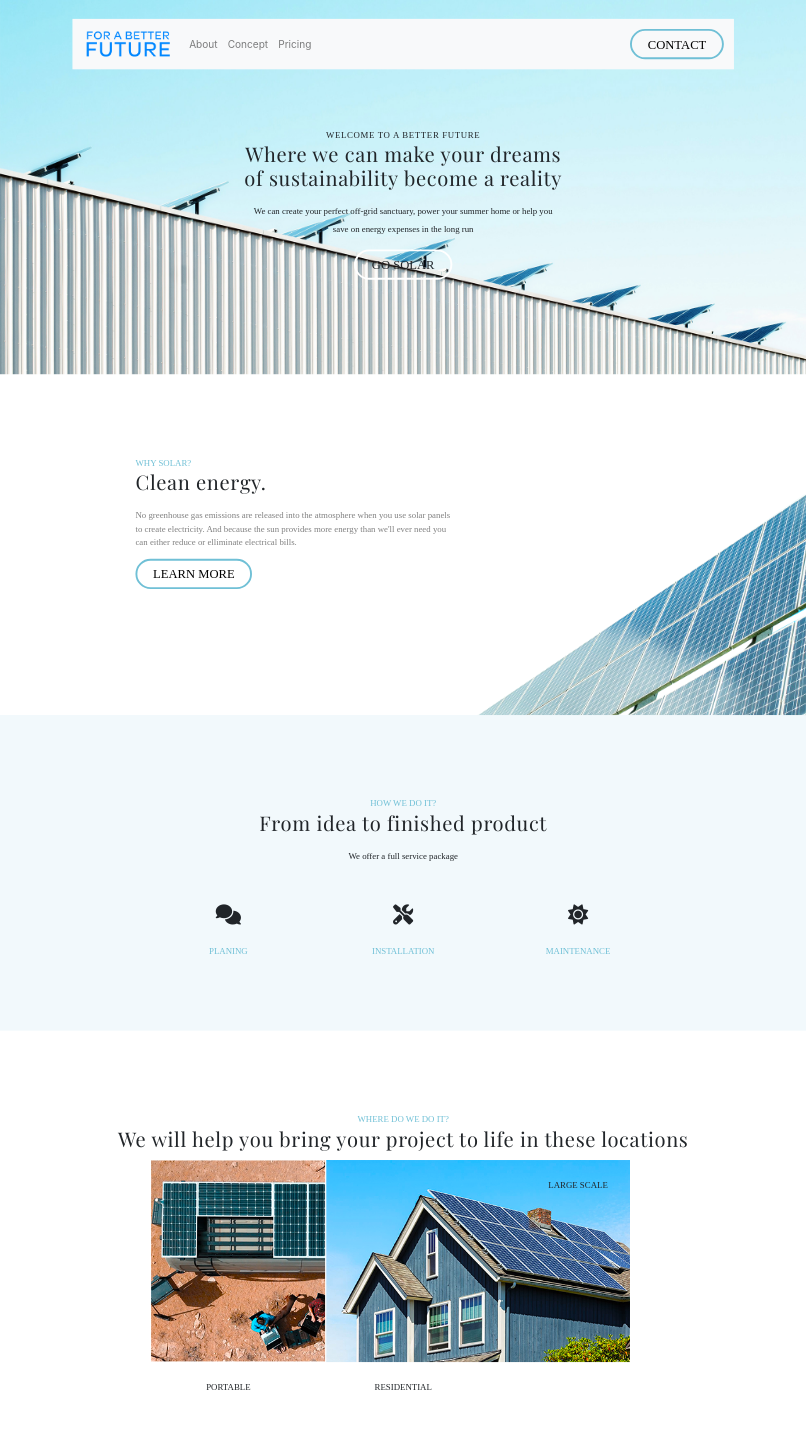
Repository: sabinemm/fabf
Page: index.html
The author's editor kept a record of every edit. The page is drawn from the files as they stood at one moment, then again after the next edit.
The browser window is 1280 px wide. The pictures show the whole page, at 63% of full size.
Backgrounds fixed to the window are drawn as part of the page. Some web fonts or font styles are not loaded; a fallback is used. Some web libraries are served in a nearby version.

Above is the page before.

### index.html
<!DOCTYPE html>
<html lang="en">

<head>
    <meta charset="UTF-8">
    <meta name="viewport" content="width=device-width, initial-scale=1.0">
    <meta http-equiv="X-UA-Compatible" content="ie=edge">
    <link rel="stylesheet" href="style.css" type="text/css" />
    <link rel="stylesheet" href="https://stackpath.bootstrapcdn.com/bootstrap/4.3.1/css/bootstrap.min.css" integrity="sha384-ggOyR0iXCbMQv3Xipma34MD+dH/1fQ784/j6cY/iJTQUOhcWr7x9JvoRxT2MZw1T" crossorigin="anonymous">
    <link rel="stylesheet" media="screen" href="https://fontlibrary.org/face/roundo" type="text/css" />
    <link rel="stylesheet" media="screen" href="https://fontlibrary.org/face/source-sans-pro" type="text/css" />
    <link href="https://fonts.googleapis.com/css?family=Playfair+Display&display=swap" rel="stylesheet">
    <script src="https://kit.fontawesome.com/7e530e9396.js"></script>
    <title>FOR A BETTER FUTURE</title>
</head>

<body>

    <!–-----– NAVBAR ------->

    <div class="container">
        <nav class="navbar navbar-fixed-top navbar-expand-lg navbar-light bg-light">
            <a class="navbar-brand" href="#">
          <img src="img/logo.svg" height="50px"alt="logo">
        </a>
            <button class="navbar-toggler" type="button" data-toggle="collapse" data-target="#navbarText" aria-controls="navbarText" aria-expanded="false" aria-label="Toggle navigation">
    <span class="navbar-toggler-icon"></span>
  </button>
            <div class="collapse navbar-collapse justify-content-center" id="navbarText">
                <ul class="navbar-nav mr-auto">
                    <li class="nav-item">
                        <a class="nav-link" href="#">About</a>
                    </li>
                    <li class="nav-item">
                        <a class="nav-link" href="#">Concept</a>
                    </li>
                    <li class="nav-item">
                        <a class="nav-link" href="#">Pricing</a>
                    </li>
                </ul>
                <span class="navbar-text">
          <button type="button" class="btn btn-blue-border">CONTACT</button>
    </span>
            </div>
        </nav>
    </div>

    <!–-----– FIRST SECTION ------->

    <section id="parallax">
        <div class="container">
            <div class="ltitle text-center">
                <p class="uppercase stitle">WELCOME TO A BETTER FUTURE</p>
                <h2> Where we can make your dreams <br> of sustainability become a reality </h2>
                <p class="tparagraph"> We can create your perfect off-grid sanctuary, power your summer home or help you <br> save on energy expenses in the long run</p>
                <button type="button" class="btn  btn-transp-white-border">GO SOLAR</button>
            </div>
        </div>
    </section>

    <!–-----– SECOND SECTION ------->

    <section id="clean">
        <div class="container container-fluid section-2">
            <div class="row">
                <div class="col col-md-6">
                    <p class="uppercase stitle stitle-blue">WHY SOLAR?</p>
                    <h2 class="ltitle ltitle2"> Clean energy.</h2>
                    <p class="tparagraph tparagraph2"> No greenhouse gas emissions are released into the atmosphere when you use solar panels to create electricity. And because the sun provides more energy than we'll ever need you can either reduce or elliminate electrical bills. </p>
                    <button type="button" class="btn btn-blue-border">LEARN MORE</button>

                </div>
            </div>

            <div class="container">
                <div class="col col-md-6 offset-md-6">
                    <img src="img/sidepanel.png" class="sidepanel"></img>
                </div>
            </div>
        </div>

    </section>

    <!–-----– THIRD SECTION ------->

    <section id="idea">
        <div class="idea-title text-center">
            <p class="uppercase stitle stitle-blue">HOW WE DO IT?</p>
            <h2 class="ltitle ltitle2"> From idea to finished product</h2>
            <p class="tparagraph">We offer a full service package</p>

        </div>
        <div class="container container-fluid ">
            <div class="row m-auto text-center justify-content-center">
                <div class=" col-sm-3 col-md-3">
                   <div class="icons"><i class="fas fa-comments fa-2x"></i></div>
                     <p class="uppercase stitle stitle-blue stitlen">PLANING</p>
                </div>
                <div class="col-sm-3 col-md-3">
                    <div class="icon"><i class="fas fa-tools fa-2x"></i></div>
                     <p class="uppercase stitle stitle-blue stitlen">INSTALLATION</p>
                </div>
                <div class="col-sm-3 col-md-3">
                    <div class="icon"><i class="fas fa-sun fa-2x"></i></div>
                     <p class="uppercase stitle stitle-blue stitlen">MAINTENANCE</p>
                </div>
            </div>

        </div>

    </section>

 <!–-----– FOURTH SECTION ------->

     <section id="where">
        <div class=" text-center">
            <p class="uppercase stitle stitle-blue">WHERE DO WE DO IT?</p>
            <h2 class="ltitle ltitle2">We will help you bring your project to life
in these locations</h2>


        </div>
        <div class="container container-fluid ">
            <div class="row m-auto text-center justify-content-center">
                <div class=" col-sm-3 col-md-3">
                   <img src="img/portable.png"></img>
                     <p class="uppercase stitle stitlen">PORTABLE</p>
                </div>
                <div class="col-sm-3 col-md-3">
                    <img src="img/residential.png"></img>
                     <p class="uppercase stitle stitlen">RESIDENTIAL</p>
                </div>
                <div class="col-sm-3 col-md-3">

                     <p class="uppercase stitle stitlen">LARGE SCALE</p>
                </div>
            </div>

        </div>

    </section>

</body>

</html>

### style.css

/*-------------------navbar------------------*/

.navbar {
    margin-top: 30px;
    margin-left: 30px;
    margin-right: 30px;

}

@media (max-width:536px) {
    .navbar {
        margin-top: 15px;
        margin-left: 10px;
        margin-right: 10px;
    }
}

/*-------------------Buttons------------------*/

.btn-transp-white-border,
.btn-transp-white-border:hover,
.btn-transp-white-border:active,
.btn-transp-white-border:visited,
.btn-transp-white-border:active:focus,
.btn-transp-white-border:focus {
    background-color: rgba(0, 0, 0, 0);
    border: solid 3px white !important;
    border-radius: 30px !important;
    color: white;
    text-align: center;
    text-decoration: none;
    display: inline-block;
    font-size: 20px !important;
    font-family: 'SourceSansProRegular';
    padding-left: 25px !important;
    padding-right: 25px !important;
}


.btn-transp-white-border:hover {
    background-color: rgba(255, 255, 255, 0.5);
    padding-left: 25px;
    padding-right: 25px;
}


.btn-blue-border,
.btn-blue-border:hover,
.btn-blue-border:active,
.btn-blue-border:visited,
.btn-blue-border:active:focus,
.btn-blue-border:focus {
    background-color: rgba(0, 0, 0, 0) !important;
    border: solid 3px rgb(112, 192, 214) !important;
    border-radius: 30px !important;
    color: black !important;
    text-align: center;
    text-decoration: none;
    display: inline-block;
    font-size: 20px !important;
    font-family: 'SourceSansProRegular';
    padding-left: 25px !important;
    padding-right: 25px!important;
}

.btn-blue-border:hover {
    background-color: rgba(112, 192, 214, 0.5) !important;
    padding-left: 25px;
    padding-right: 25px;
}


/*-------------------SECTION 1 PAGE 1------------------*/

#parallax {
    background: url(img/1page1section.jpg);
    background-attachment: fixed;
    background-position: bottom;
    background-repeat: no-repeat;
    background-size: cover;
    margin-top: -110px;
}

@media (max-width:536px) {
    #parallax {
        margin-top: -110px;
    }
}

.stitle {
    font-size: 14px;
    font-family: 'RoundoRegular';
    font-weight: 500;
    font-style: normal;
    margin-bottom: -5px;
}

.ltitle {
    padding-top: 200px;
    font-family: 'Playfair Display';
    letter-spacing: 1px;
    line-height: 30px;
    padding-bottom: 150px;
}

@media (max-width:768px) {
    .ltitle {
        padding-top: 150px;
        padding-bottom: 100px;
    }
}

.tparagraph {
    padding-top: 10px;
    font-family: 'SourceSansProRegular';
    font-weight: normal;
    font-style: normal;
    font-size: 14px;
    letter-spacing: 0;
}

@media (max-width:768px) {
    br {
        display: none !important;
        visibility: hidden;
    }
}

/*-------------------SECTION 2 PAGE 1------------------*/
#clean {
    padding-left: 0;
}
@media (min-width:768px) {
#clean {
    padding-left: 200px;
}
}


.stitle-blue {
    color:rgb(112, 192, 214);
    padding-top: 70px;

}

@media (min-width:768px) {
    .stitle-blue {
        padding-top: 130px;
    }
}

.ltitle2 {
padding-top: 10px;
padding-bottom: 10px;
}

.tparagraph2 {
    color: gray;

}

.section-2 {
  padding-bottom: 100px;
}

.sidepanel {
position:relative;
float: right;
height:400px;
margin-top: -150px;
margin-right: -45px;
z-index: -1;
}

/*-------------------SECTION 3 PAGE 1------------------*/

#idea {
    background-color: rgb(242, 249,252);
     padding-bottom: 70px;
}

.idea-title {;
    padding-bottom: 50px;
    margin-top: 100px;
}


.stitlen {
    padding-top: 30px;
    padding-bottom: 50px;
}


/*-------------------SECTION 4 PAGE 1------------------*/

.whereimg {
    height: 150px;
}

.wheretitle {
    padding-top: 20px;
    padding-bottom: 30px;
}


#where {
    padding-bottom: 30px;
}



/*-------------------FOOTER------------------*/

After the next edit:
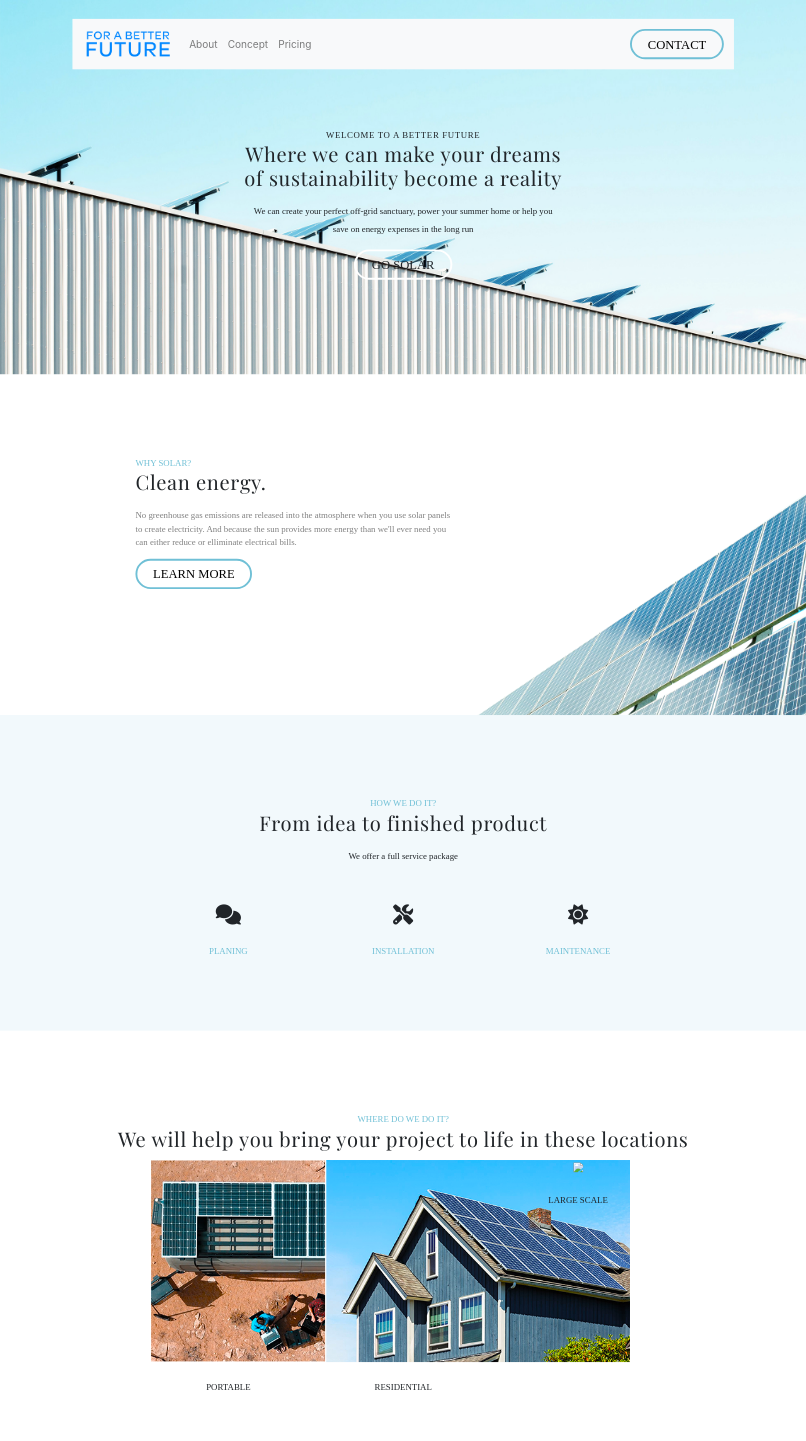
Not found: largescale.png
The edit:
--- a/index.html
+++ b/index.html
@@ -131,7 +131,7 @@
                      <p class="uppercase stitle stitlen">RESIDENTIAL</p>
                 </div>
                 <div class="col-sm-3 col-md-3">
-
+                    <img src="largescale.png"></img>
                      <p class="uppercase stitle stitlen">LARGE SCALE</p>
                 </div>
             </div>
